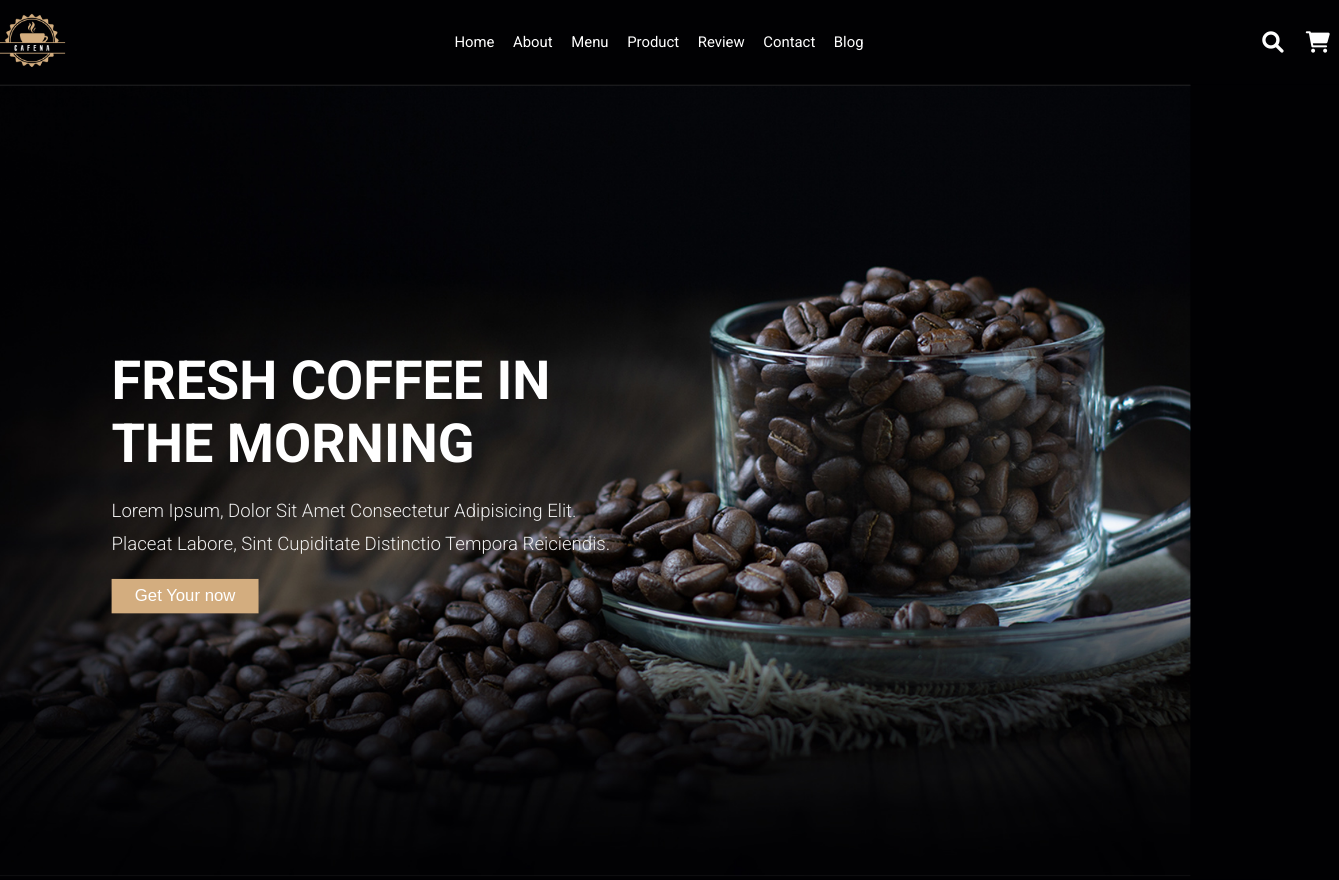
Repository: Dinhthai303/DinhThai
Page: index.html
An editor plug-in stored every save of this project. The page is shown before and after the next save, followed by the edit.
The browser window is 1280 px wide. The page is 1440 px wide, so the pictures cover 1440 px, including what lies to the right of the window. The pictures show the whole page, at 93% of full size.

Above is the page before, as saved 2021-11-28 00:06:24.

### index.html
<!DOCTYPE html>
<html lang="en">

<head>
    <meta charset="UTF-8">
    <meta http-equiv="X-UA-Compatible" content="IE=edge">
    <meta name="viewport" content="width=device-width, initial-scale=1.0">
    <title>Document</title>
    <!-- FONT AWESOME -->
    <link rel="stylesheet" href="https://cdnjs.cloudflare.com/ajax/libs/font-awesome/6.0.0-beta3/css/all.min.css"
        integrity="sha512-Fo3rlrZj/k7ujTnHg4CGR2D7kSs0v4LLanw2qksYuRlEzO+tcaEPQogQ0KaoGN26/zrn20ImR1DfuLWnOo7aBA=="
        crossorigin="anonymous" referrerpolicy="no-referrer" />
    <!-- GOOLE FONT -->
    <link rel="preconnect" href="https://fonts.googleapis.com">
    <link rel="preconnect" href="https://fonts.gstatic.com" crossorigin>
    <link href="https://fonts.googleapis.com/css2?family=Roboto:wght@300;400;500;700&display=swap" rel="stylesheet">
    <!-- MAIN CSS -->
    <link rel="stylesheet" href="./css/style.css">
</head>

<body>
    <header class="header">
        <div class="container">
            <div class="header__content">
                <div class="header__logo">
                    <img src="./images/logo.png" alt="">
                </div>
                <ul class="header__menu">
                    <li class="header__item"><a class="header__link" href="#">Home</a></li>
                    <li class="header__item"><a class="header__link" href="#">About</a></li>
                    <li class="header__item"><a class="header__link" href="#">Menu</a></li>
                    <li class="header__item"><a class="header__link" href="#">Product</a></li>
                    <li class="header__item"><a class="header__link" href="#">Review</a></li>
                    <li class="header__item"><a class="header__link" href="#">Contact</a></li>
                    <li class="header__item"><a class="header__link" href="#">Blog</a></li>
                </ul>
                <div class="header__icon">
                    <i class="fa fa-search"></i>
                    <i class="fa fa-shopping-cart"></i>
                </div>
            </div>
        </div>
    </header>
    <section class="banner">
        <div class="banner__content">
            <img class="banner__image" src="./images/home-img.jpeg" alt="">
            <div class="banner__text">
                <h3 class="banner__title">FRESH COFFEE IN THE MORNING</h3>
                <p class="banner__desc">Lorem Ipsum, Dolor Sit Amet Consectetur Adipisicing Elit. Placeat Labore, Sint
                    Cupiditate Distinctio Tempora Reiciendis.</p>
                <button class="banner__button">Get Your now</button>
            </div>
        </div>
    </section>
    <section class="about"></section>
    <section class="menu"></section>
    <section class="products"></section>
    <section class="review"></section>
    <section class="contact"></section>
    <section class="blog"></section>
    <footer class="footer"></footer>
</body>

</html>

### css/style.css
*{
    margin: 0;
    padding: 0;
    box-sizing: border-box;
}
body{
    font-family: 'Roboto', sans-serif;
    background-color: #010103;
    font-weight: 400;
}
.container{
    width: 1440px;
    margin: 0 auto;
}
.header{
    background-color: #010103;
    border-bottom: 1px solid #4D4E4F;
}
.header__content{
    display: flex;
    justify-content: space-between;
    align-items: center;
    background-color: #010103;
    padding: 15px 0;
}
.header__menu{
    display: flex;
    list-style: none;
    gap: 20px;
}
.header__item:hover .header__link{
    color: #D3AD7F;
}
.header__item:hover .header__link::after{
    opacity: 1;
    transform: translateY(7px);
}
.header__link::after{
    content: "";
    width: 100%;
    height: 2px;
    position: absolute;
    left: 0;
    bottom: 0;
    background-color: #D3AD7F;
    transition: all .5s;
    opacity: 0;
}
.header__link{
    position: relative;
    color: white;
    text-decoration: none;
}
.header__icon i{
    color: white;
    font-size: 23px;
    margin: 0 10px;
    cursor: pointer;
}
.header__icon i:hover{
    color: #D3AD7F;
}
.header__logo img{
    width: 70px;
}
.banner__content{
    position: relative;
    width: 100%;
    height: 850px;
}
.banner__image{
    width: 100%;
    height: 100%;
    object-fit: cover;
}
.banner__text{
    position: absolute;
    top: 50%;
    left: 120px;
    transform: translateY(-50%);
    width: 570px;
}
.banner__title{
    font-size: 58px;
    color: white;
}
.banner__desc{
    font-size: 20px;
    color: rgb(238, 238, 238);
    font-weight: lighter;
    line-height: 1.8;
    margin: 20px 0;
}
.banner__button{
    background-color: #D3AD7F;
    border: none;
    color: white;
    padding: 8px 25px;
    font-size: 18px;
}

After the next save:
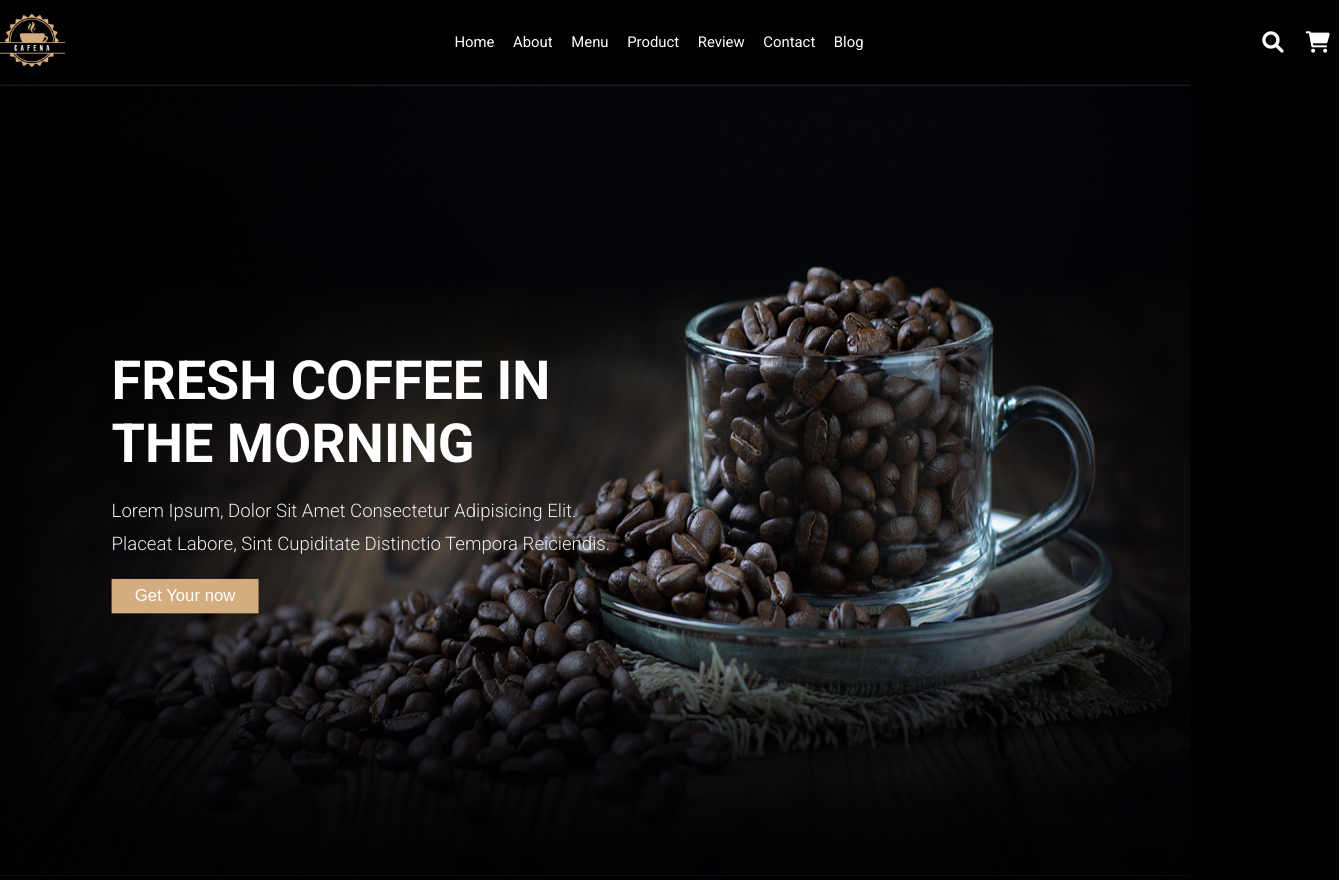
Saved 27 s later.
--- a/css/style.css
+++ b/css/style.css
@@ -71,7 +71,6 @@
 .banner__image{
     width: 100%;
     height: 100%;
-    object-fit: cover;
 }
 .banner__text{
     position: absolute;

After the save that followed:
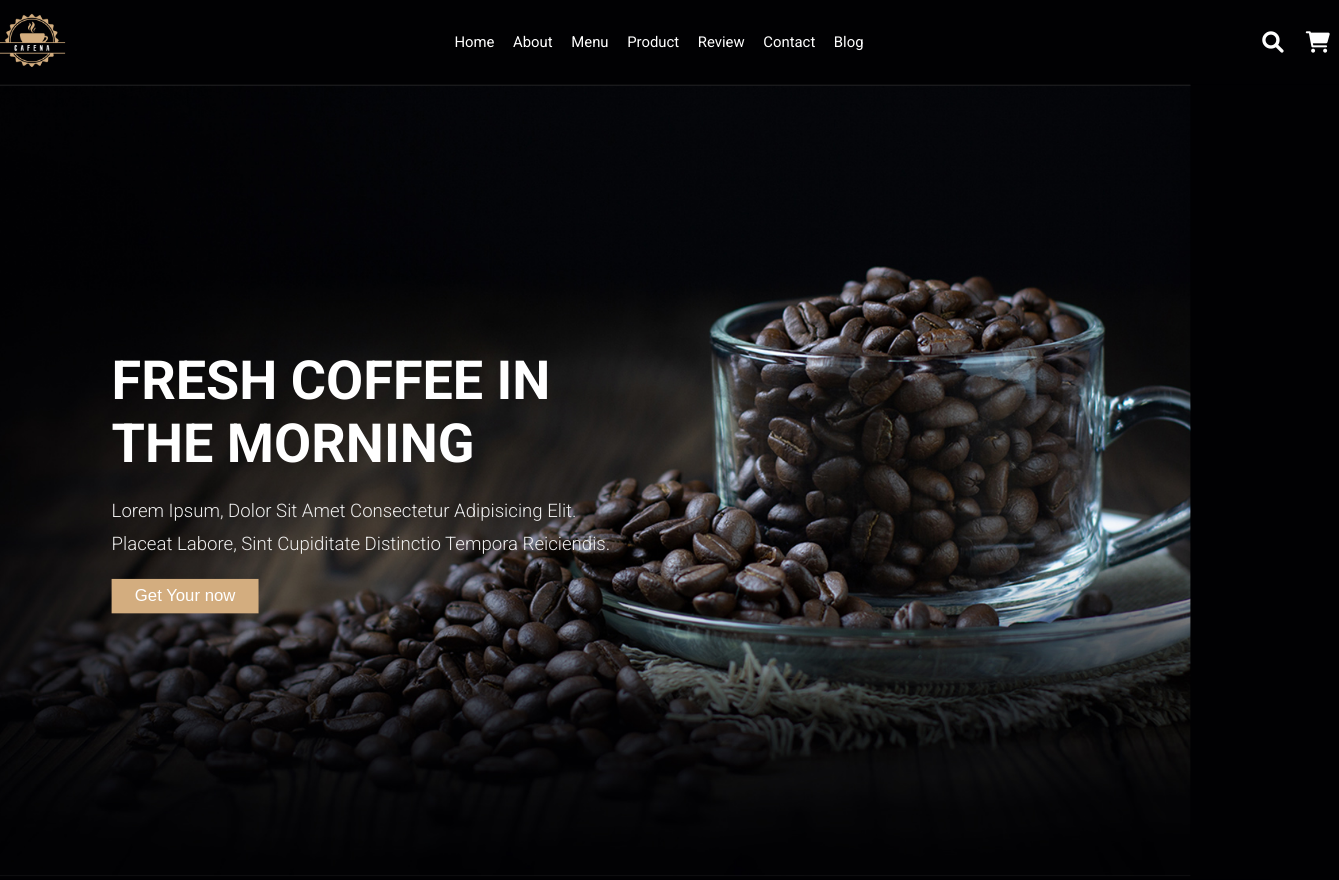
Saved 15 s later.
--- a/css/style.css
+++ b/css/style.css
@@ -71,6 +71,7 @@
 .banner__image{
     width: 100%;
     height: 100%;
+    object-fit: cover;
 }
 .banner__text{
     position: absolute;
